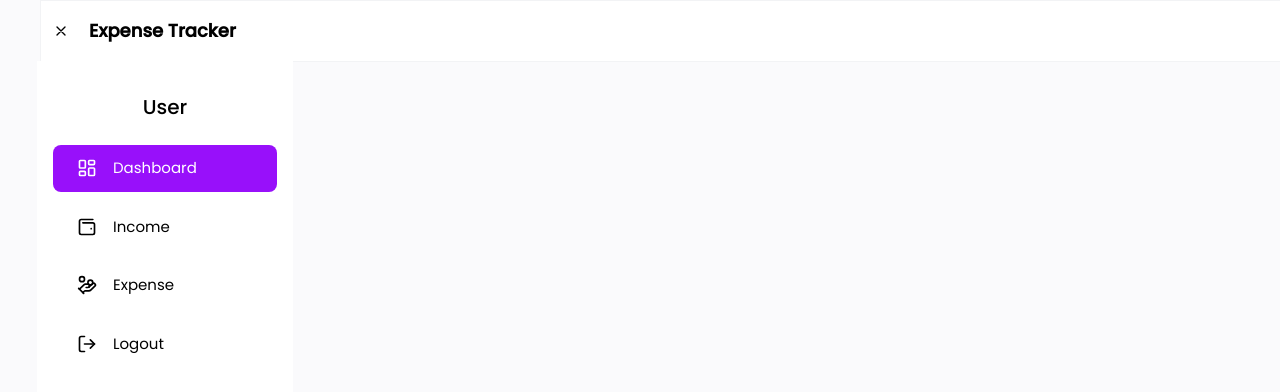
Repository: SnehPatel03/expense-tracker
Page: /Home (app in Frontend/expenseTracker/)
These files come from the project's save history. The page is drawn as it stood at one moment and after the next save; the edit follows.
The browser window is 1280 px wide. The pictures show the whole page.
The project was rebuilt for these pictures with package versions that can differ from the ones it lists, and the page was loaded fresh each time. Also part of the build but not shown: Frontend/expenseTracker/vite.config.js, Frontend/expenseTracker/src/inputs/ProfilePhotoSelector.jsx, Frontend/expenseTracker/src/pages/SignUp.jsx, Frontend/expenseTracker/src/pages/Login.jsx, Frontend/expenseTracker/src/pages/Expense.jsx, Frontend/expenseTracker/src/pages/Income.jsx, Frontend/expenseTracker/src/components/Card.jsx, Frontend/expenseTracker/src/components/TransactionInfoCard.jsx and 11 more.

Above is the page before, as saved 2025-07-16 00:25:49.

### Frontend/expenseTracker/index.html
<!doctype html>
<html lang="en">

<head>
  <meta charset="UTF-8" />
  <link rel="icon" type="image/svg+xml" href="/vite.svg" />
  <meta name="viewport" content="width=device-width, initial-scale=1.0" />
  <title>ExpenseTracker</title>
  <link rel="preconnect" href="https://fonts.googleapis.com">
  <link rel="preconnect" href="https://fonts.gstatic.com" crossorigin>
 <link rel="preconnect" href="https://fonts.googleapis.com">
<link rel="preconnect" href="https://fonts.gstatic.com" crossorigin>
<link href="https://fonts.googleapis.com/css2?family=Bricolage+Grotesque:opsz,wght@12..96,200..800&family=Dosis:wght@200..800&family=Montserrat:ital,wght@0,100..900;1,100..900&family=Oswald:wght@200..700&family=Poppins:wght@400;500&family=Quicksand:wght@300..700&family=Roboto:ital,wght@0,100..900;1,100..900&display=swap" rel="stylesheet">
</head>

<body>
  <div id="root"></div>
  <script type="module" src="/src/main.jsx"></script>
</body>

</html>

### Frontend/expenseTracker/src/index.css
@import "tailwindcss";

body {
  font-family: "Poppins", sans-serif;
  font-weight: 400;
  font-style: normal;
  background-color: #fafafc;
}

.poppins-medium {
  font-family: "Poppins", sans-serif;
  font-weight: 500;
  font-style: normal;
}
.login {
  background-image: url("/undraw_finance_m6vw.svg");
  background-size: 40vw;
  background-position: center;
  background-repeat: no-repeat;
}
.signin1 {
  background-image: url(/signin2.svg);
  background-size: 30vw;
  background-position: 150px;
  background-repeat: no-repeat;
}

### Frontend/expenseTracker/src/App.jsx
import { useState } from 'react'
import './App.css'
import { Routes, Route, Navigate } from "react-router-dom"
import SignUp from './pages/SignUp'
import Login from './pages/Login'
import Expense from './pages/Expense'
import Income from './pages/Income'
import Home from './pages/Home'
import UserProvider from './Contexts/UserContext'
function App() {

  return (
    <UserProvider>
    <>
      <Routes>
        <Route path='/' element={<Root/>  } />
        <Route path='/Home' element={<Home/>  } />
        <Route path='/signin' element={<SignUp/>} />
        <Route path='/login' element={<Login/>} />
        <Route path='/expense' element={<Expense/>} />
        <Route path='/income' element={<Income/>} />
      </Routes>
    </>
    </UserProvider>
  )
}

export default App

const Root = () => {
  const isAuthenticate = localStorage.getItem("jwt")
  return isAuthenticate ?
    ( <Navigate to="/Home" />) :  ( <Navigate to="/login" />)
}

### Frontend/expenseTracker/src/pages/Home.jsx
import React, { useEffect, useState } from 'react';
import DashboardLayout from '../Layouts/DashboardLayout';
import axios from 'axios';
import Card from '../components/Card';
import { BsCreditCardFill } from "react-icons/bs";
import { RiWallet3Fill } from "react-icons/ri";
import { GrMoney } from "react-icons/gr";
import { useNavigate } from 'react-router-dom';
import RecentTransactions from '../components/RecentTransactions';
import FinanceOverView from '../components/FinanceOverView';
import ExpenseTransaction from '../components/ExpenseTransaction';
import Last30DaysExpense from '../components/last30DaysExpense';
import IncomeTransaction from '../components/IncomeTransaction';
import Last60DaysIncome from '../components/Last60DaysIncome';


function Home() {
  const [dashboardData, setDashboardData] = useState(null);
  const [loading, setLoading] = useState(false);
  const navigateTo = useNavigate()

  const fetchDashboardData = async () => {
    if (loading) return;
    setLoading(true);
    try {
      const data = await axios.get("http://localhost:3000/", {
        withCredentials: true,
      });
      if (data.data) {
        setDashboardData(data.data);
      }
    } catch (error) {
      console.log(error);
      console.log("Something went wrong in fetch of dashboard");
    } finally {
      setLoading(false);
    }
  };

  useEffect(() => {
    fetchDashboardData();
  }, []);

  return (
    <DashboardLayout activeMenu="Dashboard" >
      <div className='flex mt-15'>
        <div className="p-2  grid grid-cols-1 sm:grid-cols-2 md:grid-cols-3 gap-10">
          <Card
            label="Balance"
            value={dashboardData?.totalBalance || 0}
            icon={BsCreditCardFill}
            color="purple"
          />
          <Card
            label="Income"
            value={dashboardData?.totalIncome || 0}
            icon={RiWallet3Fill}
            color="orange"
          />
          <Card
            label="Expense"
            value={dashboardData?.totalExpense || 0}
            icon={GrMoney}
            color="red"
          />
        </div>
        <div>
        </div>
      </div>
      <div className='flex flex-col mt-3 md:flex-row  md:justify-center md: gap-8'>
        <RecentTransactions
          transactions={dashboardData?.recentTransactions}
          onseeMore={
            () => navigateTo("/expense")
          }
        />
        <FinanceOverView
          totalBalance={dashboardData?.totalBalance || 0}
          totalIncome={dashboardData?.totalIncome || 0}
          totalExpense={dashboardData?.totalExpense || 0}
        />
      </div>
      <div className='mt-10 flex flex-col lg:flex-row'>
        <ExpenseTransaction
          transactions={dashboardData?.last30DaysExpense.transactions}
          onseeMore={
            () => navigateTo("/expense")
          }
        />
        <Last30DaysExpense
        data={dashboardData?.last30DaysExpense.transactions}
        />
      </div>

      <div className='    flex flex-col lg:flex-row'>
        <Last60DaysIncome
        data={dashboardData?.last60DaysIncome.transactions}
        />
        <IncomeTransaction
          transactions={dashboardData?.last60DaysIncome.transactions}
          onseeMore={
            () => navigateTo("/income")
          }
        />
      </div>



    </DashboardLayout>
  );
}

export default Home;

### Frontend/expenseTracker/src/Contexts/UserContext.jsx
import React, { createContext, useState } from 'react';

export const UserContext = createContext();

const UserProvider = ({ children }) => {
  const [user, setUser] = useState(() => {
    const storedUser = localStorage.getItem("user");
    return storedUser ? JSON.parse(storedUser) : null;
  });

  const updateUser = (userData) => {
    localStorage.setItem("user", JSON.stringify(userData));
    setUser(userData);
  };

  const clearUser = () => {
    localStorage.removeItem("user");
    localStorage.removeItem("jwt");
    setUser(null);
  };

  return (
    <UserContext.Provider value={{ user, updateUser, clearUser }}>
      {children}
    </UserContext.Provider>
  );
};

export default UserProvider;

### Frontend/expenseTracker/src/Layouts/DashboardLayout.jsx
import React, { useContext } from 'react';
import { UserContext } from '../Contexts/UserContext';
import SideMenu from './SideMenu';
import Navbar from './Navbar';

function DashboardLayout({ children, activeMenu }) {
  const { user } = useContext(UserContext);

  return (
    <div className="min-h-screen px-10">
      <Navbar activeMenu={activeMenu} />
      {user && (
        <div className="flex min-w-[calc(100vh-55px)] sm:ml-64 ">

          <div className="flex-1 p-5 overflow-y-auto ">
            {children}
          </div>
        </div>
      )}
    </div>
  );
}

export default DashboardLayout;

### Frontend/expenseTracker/src/Layouts/SideMenu.jsx
import React, { useContext } from 'react';
import { SIDE_MENU_DATA } from '../data';
import { useNavigate } from 'react-router-dom';
import { UserContext } from '../Contexts/UserContext';

function SideMenu({ activeMenu }) {
  const { user, clearUser } = useContext(UserContext);
  const navigateTo = useNavigate();

  const handleLogOut = () => {
    localStorage.clear();
    clearUser();
    navigateTo("/login");
  };

  const handleClick = (route) => {

    if (route === "/logout") {
      handleLogOut();
    } else {
      navigateTo(route);
    }
  };

  return (
    <div className='w-64 h-[calc(100vh-61px)] z-50 bg-white border-grey-200/50 flex flex-col items-center py-4'>

      {user?.profile && (
        <img
          src={`http://localhost:3000${user?.profile}`}
          alt="Profile"
          className="w-30 h-30 rounded-full object-cover border border-gray-300 shadow-md"
        />
      )}
      <h5 className='font-medium mt-4 capitalize text-xl'>{user?.fullname || "User"}</h5>

      <div className='w-full px-4 mt-6'>
        {SIDE_MENU_DATA.map((item, idx) => (
          <button
            key={`menu_${idx}`}
            className={`w-full flex items-center gap-4 text-[15px] ${activeMenu === item.label
                ? "text-white bg-purple-600"
                : "bg-white text-black"
              } py-3 px-6 rounded-lg mb-3`}
            onClick={() => handleClick(item.path)}
          >
            <item.Icon className='text-xl font-bold' />
            {item.label}
          </button>
        ))}
      </div>
    </div>
  );
}

export default SideMenu;

### Frontend/expenseTracker/src/Layouts/Navbar.jsx
import React, { useState } from 'react'
import { HiOutlineMenu, HiOutlineX } from "react-icons/hi"
import SideMenu from './SideMenu'
function Navbar({ activeMenu }) {
    const [openSideMenu, setOpenSideMenu] = useState(true)
    return (
        <div className='fixed px-3 py-4 z-50 w-[100vw] flex gap-5 bg-white border border-b  border-gray-200/50'>
            <button
                className='block  text-black'
                onClick={() => setOpenSideMenu(!openSideMenu)}>
                {(openSideMenu ? (<HiOutlineX />) : (<HiOutlineMenu />))}
            </button>
            <h2 className='text-lg font-semibold text-black '>Expense Tracker</h2>

            {openSideMenu && (
                <div className='fixed top-[61px] -ml-4 bg-red-white '>
                        <SideMenu activeMenu={activeMenu}/>
                </div>
            )}

        </div>
    )
}

export default Navbar

### Frontend/expenseTracker/src/data.js
import {
  LuLayoutDashboard,
  LuHandCoins,
  LuWalletMinimal,
  LuLogOut,
} from "react-icons/lu";

export const SIDE_MENU_DATA = [
  {
    id: "01",
    label: "Dashboard",
    Icon: LuLayoutDashboard,
    path: "/dashboard",
  },
  {
    id: "02",
    label: "Income",
    Icon: LuWalletMinimal,
    path: "/income",
  },
  {
    id: "03",
    label: "Expense",
    Icon: LuHandCoins,
    path: "/expense",
  },
  {
    id: "04",
    label: "Logout",
    Icon: LuLogOut,
    path: "/logout",
  },
];

export const prepareDataForExpenseChart = (data = []) => {
  const chartData = data.map((item) => ({
    category: item?.category,
    amount: item?.amount,
  }));
  return chartData;
};
export const prepareDataForImportChart = (data = []) => {
  const chartData = data.map((item) => ({
    source: item?.source,
    amount: item?.amount,
  }));
  return chartData;
};

Loaded but not shown: Frontend/expenseTracker/src/main.jsx (common file); Frontend/expenseTracker/src/App.css (no stored copy; drawn as an empty file)

After the next save:
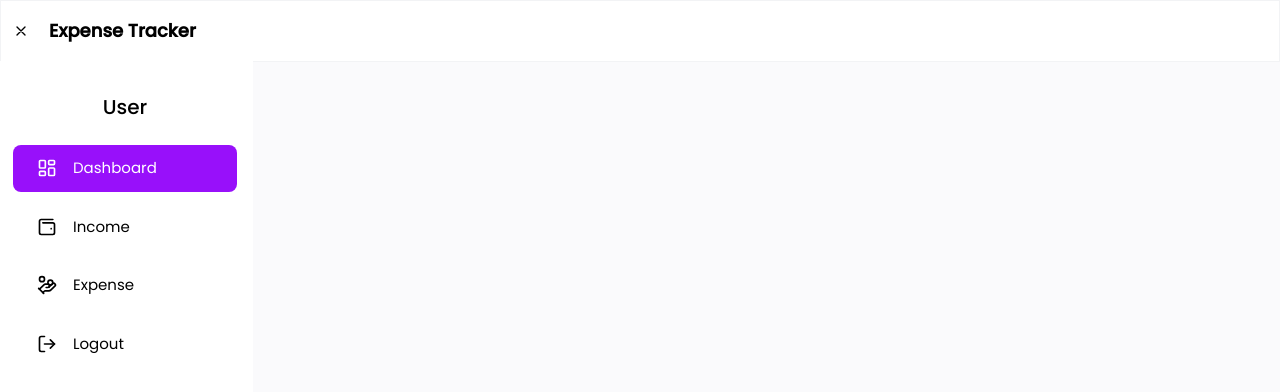
Saved 5 s later.
--- a/Frontend/expenseTracker/src/Layouts/DashboardLayout.jsx
+++ b/Frontend/expenseTracker/src/Layouts/DashboardLayout.jsx
@@ -7,7 +7,7 @@ function DashboardLayout({ children, activeMenu }) {
   const { user } = useContext(UserContext);
 
   return (
-    <div className="min-h-screen px-10">
+    <div className="min-h-screen">
       <Navbar activeMenu={activeMenu} />
       {user && (
         <div className="flex min-w-[calc(100vh-55px)] sm:ml-64 ">
